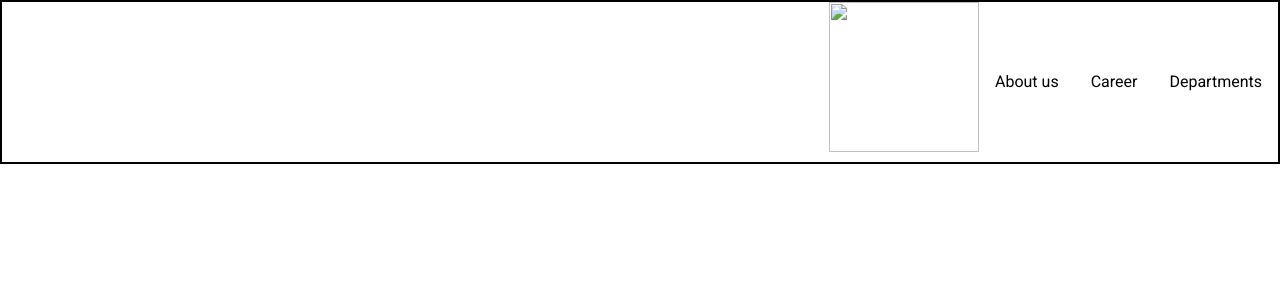
Repository: Hassanine-jaouadi/docplanner
Page: doc-panner.html
The author's editor kept a copy of each file at every save. The page is drawn from the files as they stood at one save, then again after the next save.
The browser window is 1280 px wide. The pictures show the whole page.
Some web libraries are served in a nearby version.

Above is the page before, as saved 2020-01-17 08:55:12.

### doc-panner.html
<!DOCTYPE html>
<html lang="en">
<!--  the head -->

<head>
    <title> Docplanner Group </title>
    <meta charset="UTF-8">
    <meta name="viewport" content="width=device-width, initial-scale=1.0">
    <link rel="stylesheet" href="style.css">
    <link rel="icon" href="file:///Users/hjaouadi/Documents/Wistia/Doc-planner/it.docplanner-w130.png" type="image/gif"
        sizes="16x16">

    <script src="https://kit.fontawesome.com/7e294a499a.js" crossorigin="anonymous"></script>
    <link href="https://fonts.googleapis.com/css?family=Roboto&display=swap" rel="stylesheet">

</head>

<!--  the body -->

<body>
    <nav class=" flex-container">
        <ul class="flex-container">
                <li> <img src="file:///Users/hjaouadi/Documents/Wistia/Doc-planner/logo-default-group-en.svg"
                    class="docplanner-group" width="150" height="150"/></li>
            <li> <a href="https://www.docplanner.com/about-us" class="flex-item"> About us</a> </li>
            <li> <a href="https://www.docplanner.com/career" class="flex-item">Career</a> </li>
            <li> <a href="https://www.docplanner.com/departments" class="flex-item">Departments</a> </li>
        </ul>
    </nav>


</body>

</html>

### style.css
html,body
{
    width: 100%;
    height: 100%;
    margin: 0px;
    padding: 0px;
    overflow-x: hidden;
}

* {
    box-sizing: border-box;
    margin: 0;
    font-family: 'Roboto', sans-serif;
    background-color: ffff;
    line-height: 1.8 ;

}

/* flex container */
.flex-container{
    display: flex;
    border: solid 1px black;
    justify-content: space-between;
    align-items: center;
    justify-content: end;
    justify-content: right;
    width: 100%;
}

.flex-item {
    flex: 1;
    justify-content: flex-end;
}


.flex-container  a {
    color: black;
    padding: 12px 16px;
    text-decoration: none ;
    display: block;

  }

  li { list-style: none; }

  .flex-container > :nth-child(1) {
    display: ri;
  }

After the next save:
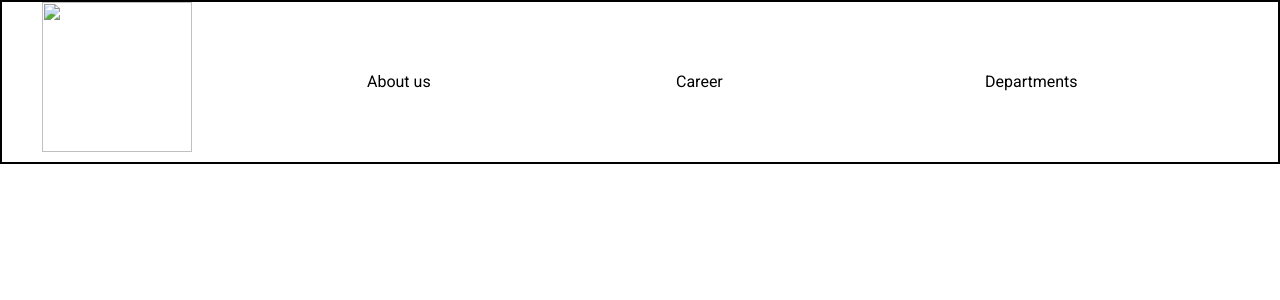
Saved 109 s later.
--- a/style.css
+++ b/style.css
@@ -41,7 +41,10 @@ html,body
 
   }
 
-  li { list-style: none; }
+  li {
+      list-style: none;
+      flex: 3;
+ }
 
   .flex-container > :nth-child(1) {
     display: ri;
